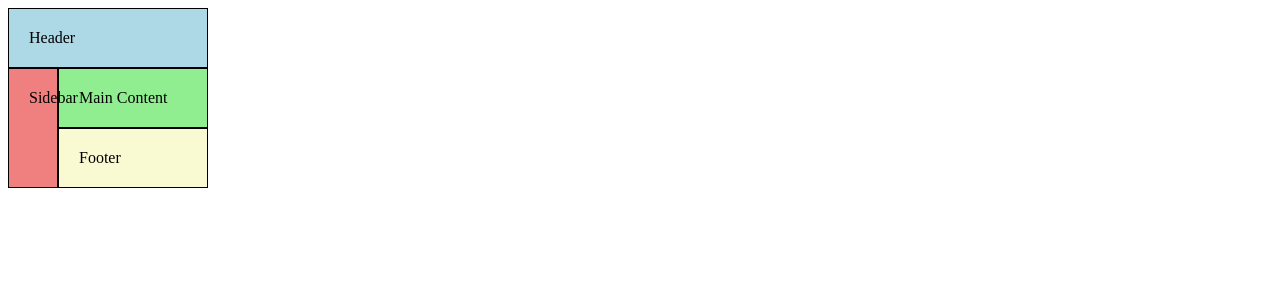
Repository: gustavotwist/desafio-grid
Page: assets/index.html
These files come from the project's save history. The page is drawn as it stood at one moment and after a run of saves; the edit follows.
The browser window is 1280 px wide. The pictures show the whole page.

Above is the page before, as saved 2024-08-13 18:50:50.

After the next 2 saves:
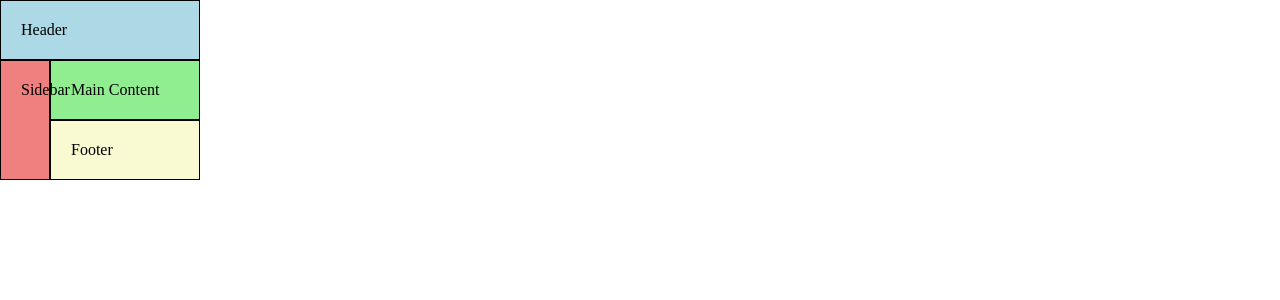
The 2 saves are shown as one change because they came seconds apart.
The last was saved 46 s later.
--- a/assets/css/style.css
+++ b/assets/css/style.css
@@ -1,6 +1,6 @@
 * {
     padding: 0;
-    margem:0;
+    margin:0;
 }
 
 .container {

After the save that followed:
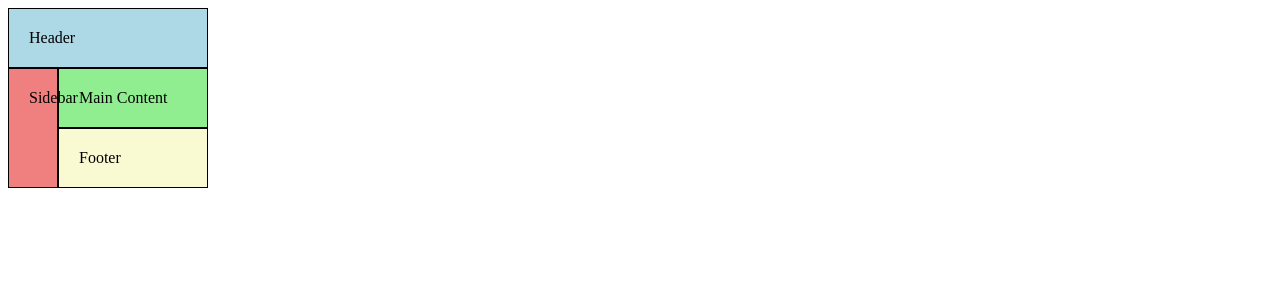
Saved 16 s later.
--- a/assets/css/style.css
+++ b/assets/css/style.css
@@ -1,6 +1,6 @@
 * {
     padding: 0;
-    margin:0;
+    margin:;
 }
 
 .container {
